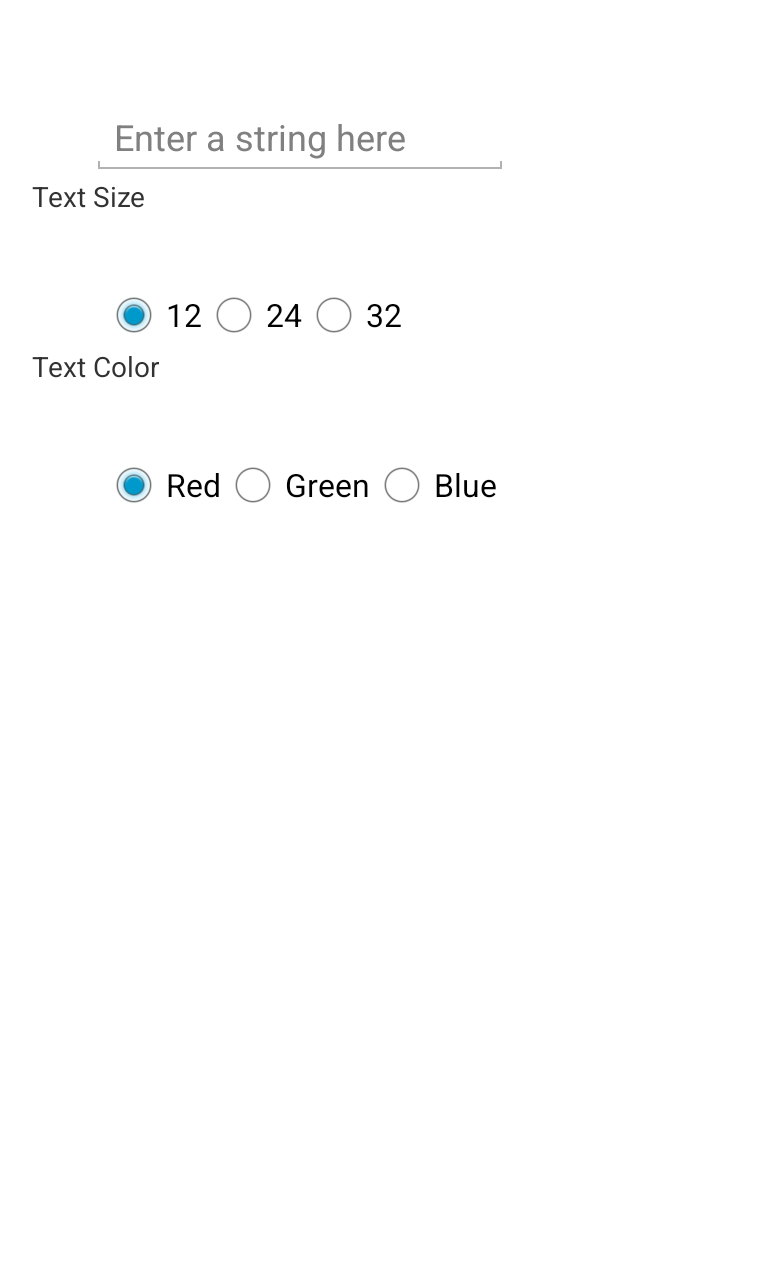
Repository: 12030121030/eventhandling
Layout: TextFormatter/res/layout/activity_main.xml
An editor plug-in stored every save of this project. The layout is shown before and after the next save, followed by the edit.
It is drawn on a 768 x 1280 px phone screen (xhdpi) without system bars, with theme AppTheme; the app's code is not run.

Above is the layout before, as saved 2015-01-02 03:44:53.

After the next save:
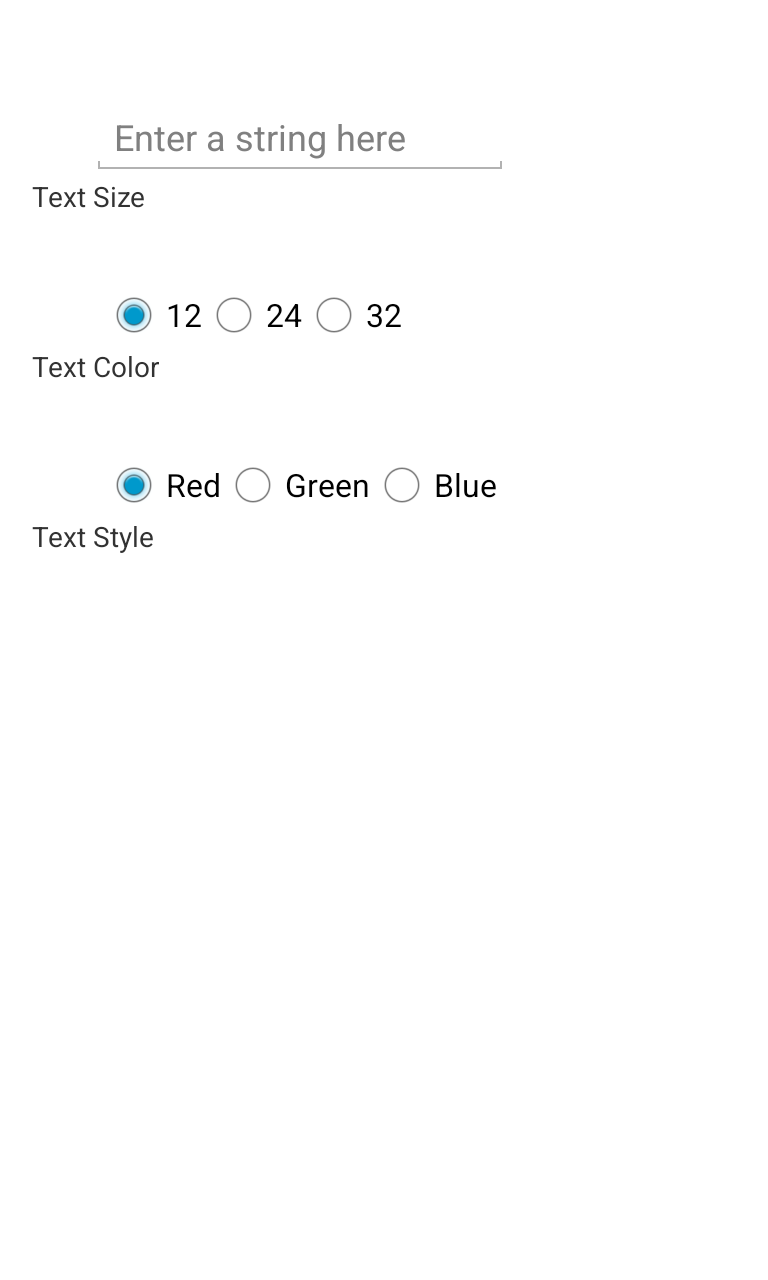
Saved 22 s later.
--- a/TextFormatter/res/layout/activity_main.xml
+++ b/TextFormatter/res/layout/activity_main.xml
@@ -92,4 +92,10 @@
             android:text="Blue" />
     </RadioGroup>
 
+<TextView
+    android:id="@+id/textView3"
+    android:layout_width="wrap_content"
+    android:layout_height="wrap_content"
+    android:text="Text Style" />
+
 </LinearLayout>
